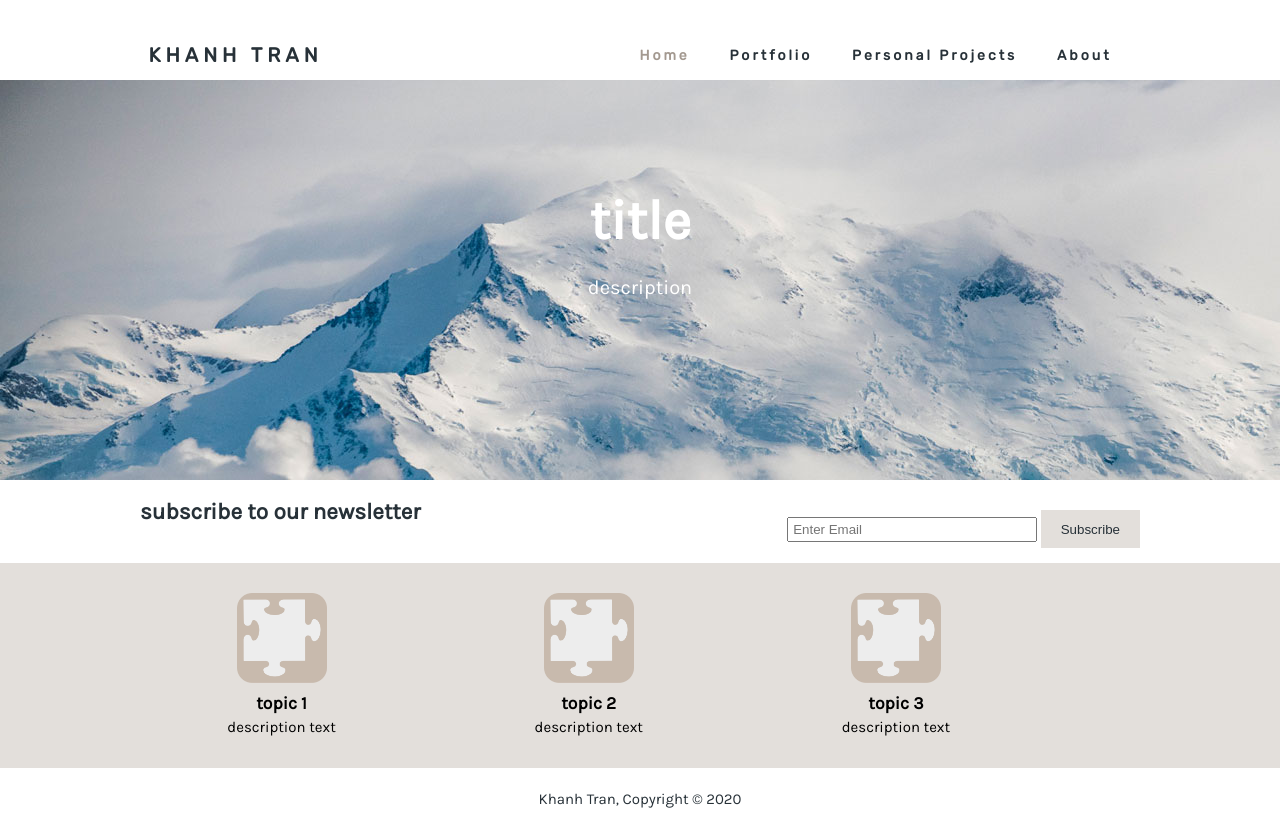
Repository: KTPo/KTPo.github.io
Page: index.html
The author's editor kept a record of every edit. The page is drawn from the files as they stood at one moment, then again after the next edit.
The browser window is 1280 px wide. The pictures show the whole page.

Above is the page before.

After the next edit:
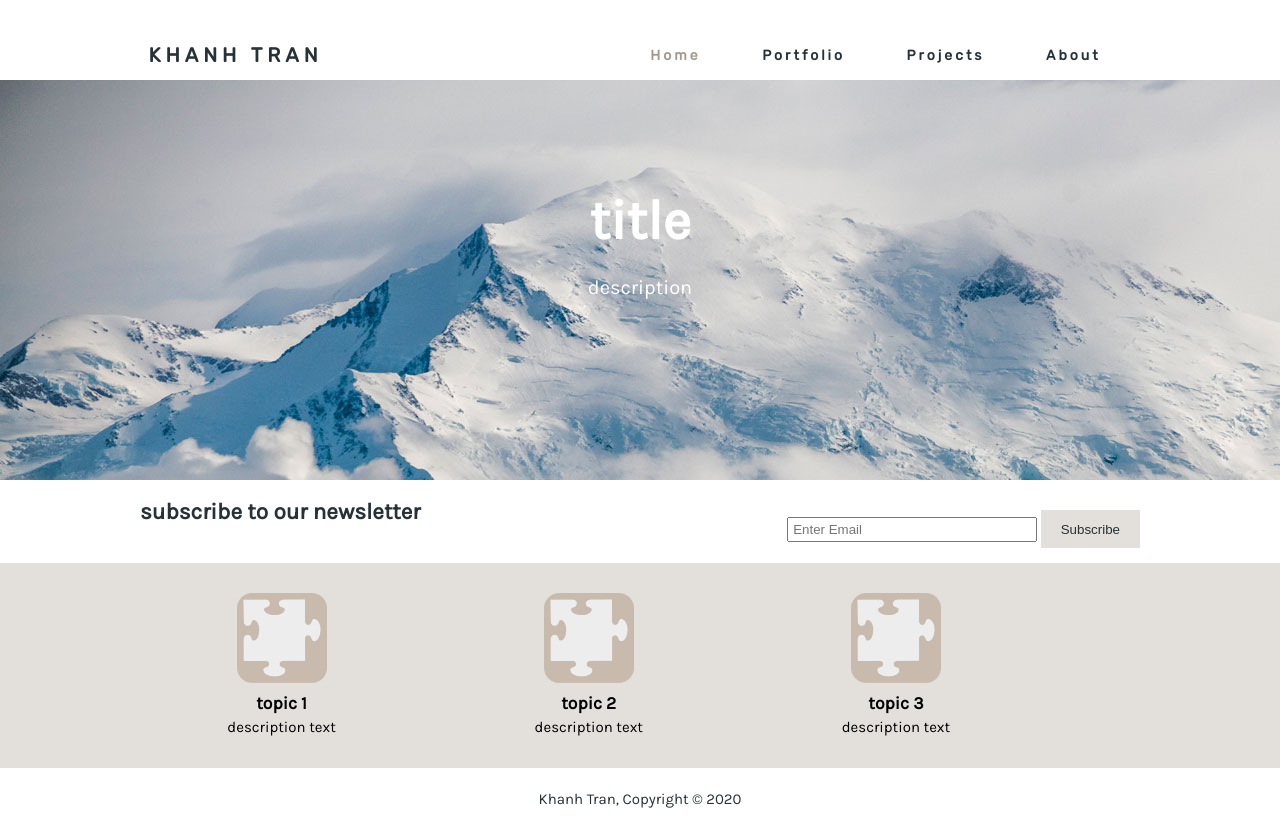
The edit:
--- a/index.html
+++ b/index.html
@@ -25,7 +25,7 @@
                 <ul class = "nav-links">
                     <li class = "active"><a href = "index.html">Home</a></li>
                     <li><a href = "portfolio.html">Portfolio</a></li>
-                    <li><a href = "personalproj.html">Personal Projects</a></li>
+                    <li><a href = "projects.html">Projects</a></li>
                     <li><a href = "about.html">About</a></li>
                 </ul>
                 <div class = "burger">
